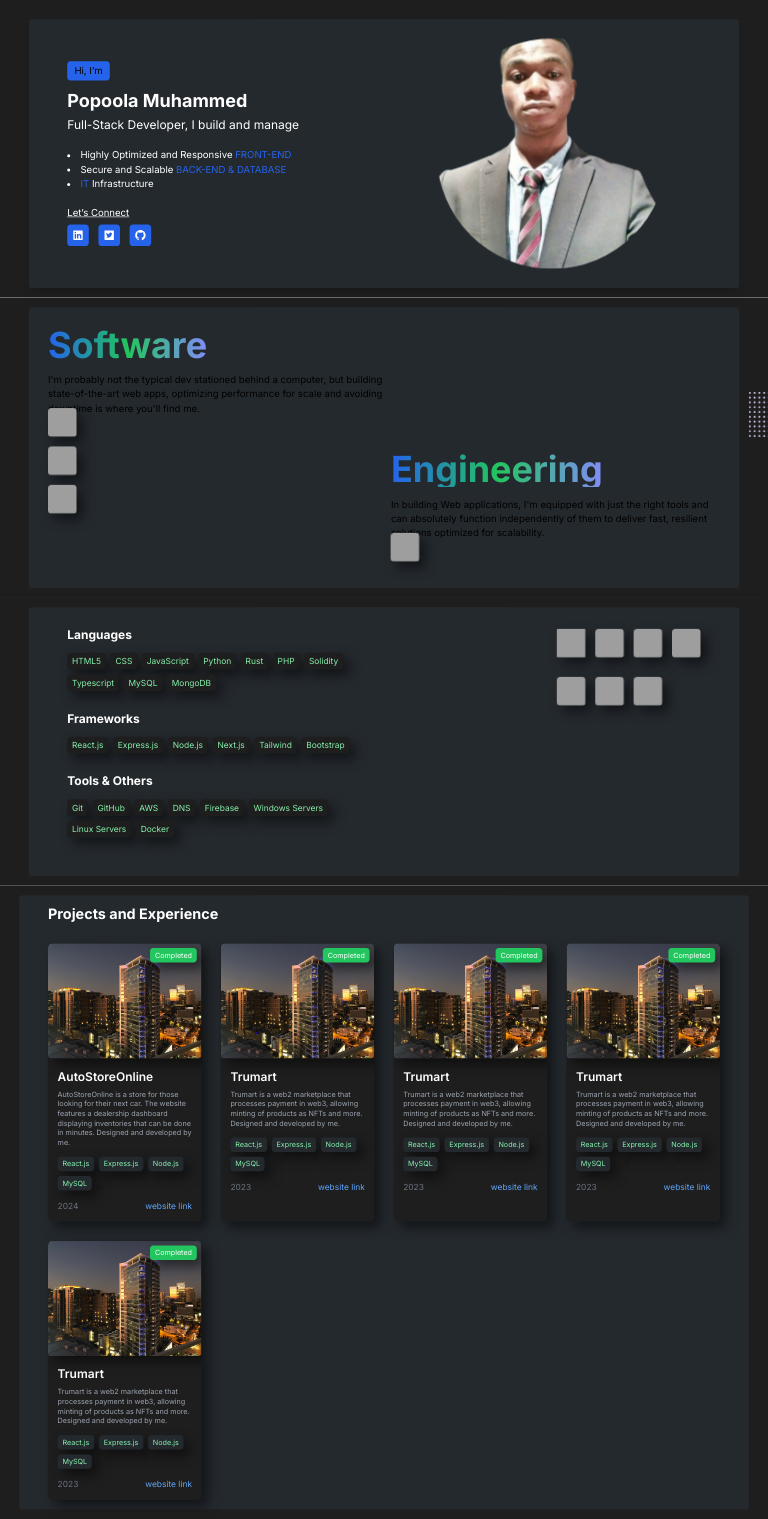
Repository: muhammedctgr/hammedctgr
Page: /
An editor plug-in stored every save of this project. The page is shown before and after the next save, followed by the edit.
The browser window is 1280 px wide. The pictures show the whole page, at 60% of full size.
Pictures or frames that could not be fetched are drawn as grey boxes. The project was rebuilt for these pictures with package versions that can differ from the ones it lists, and the page was loaded fresh each time. The framework's server and built-in components were replaced by stand-ins that run in the browser. Also part of the build but not shown: next.config.mjs.

Above is the page before, as saved 2024-08-08 16:27:06.

After the next save:
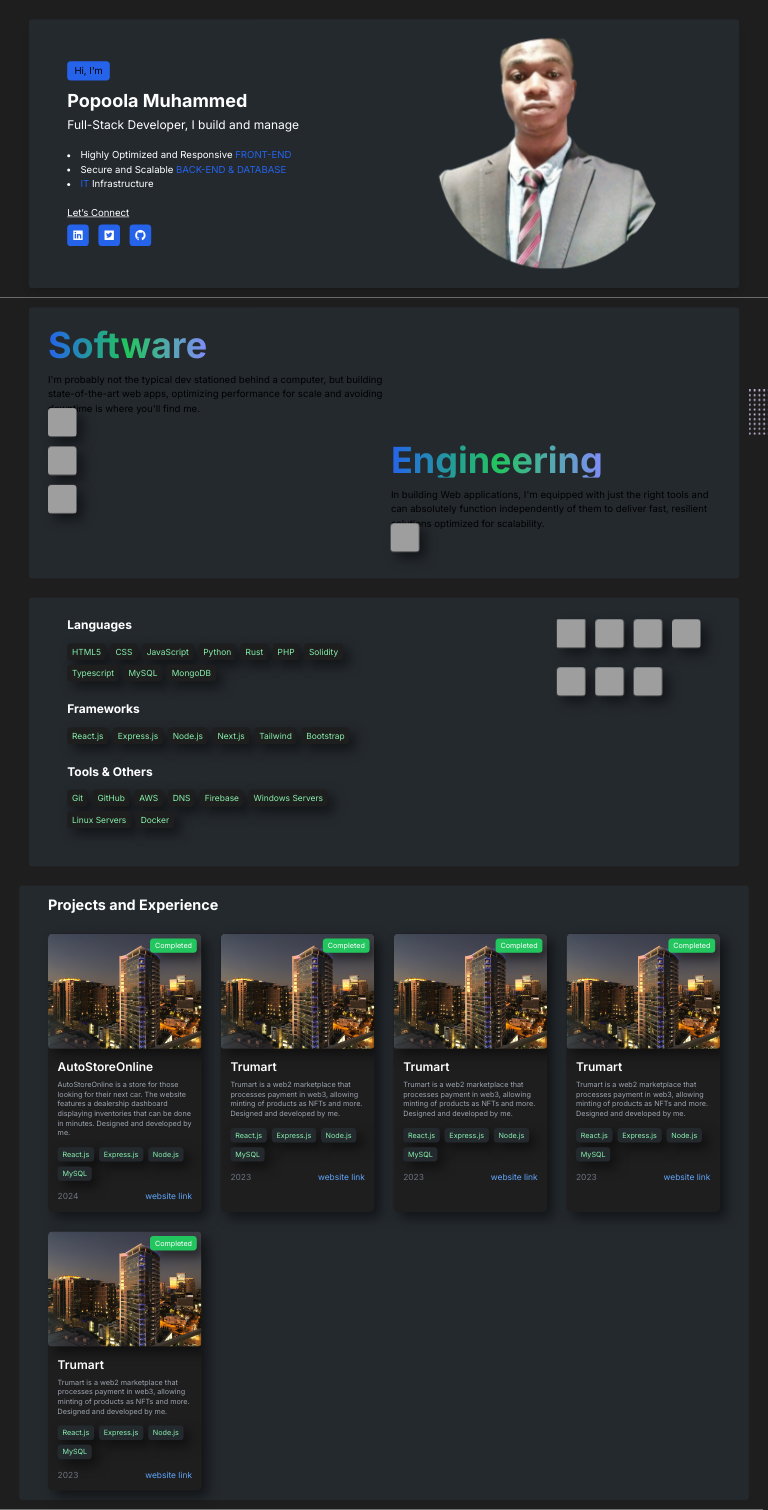
Saved 31 s later.
--- a/components/SummarySection.tsx
+++ b/components/SummarySection.tsx
@@ -15,7 +15,7 @@ const SummarySection: FC = () => {
       <img src="https://cdn.jsdelivr.net/gh/devicons/devicon@latest/icons/nextjs/nextjs-original.svg" className="w-8 h-8 md:w-12 md:h-12 lg:w-12 lg:h-12 bg-gptGray rounded-md animate-bounce shadow-deep-all mt-4" />
       <img src="https://cdn.jsdelivr.net/gh/devicons/devicon@latest/icons/javascript/javascript-original.svg" className="w-8 h-8 md:w-12 md:h-12 lg:w-12 lg:h-12 bg-gptGray rounded-md animate-bounce shadow-deep-all mt-4" />
     </div>
-    <div className=" md:mt-52">
+    <div className=" md:mt-48">
       <div className="mb-4">
         <span className="text-4xl md:text-6xl font-bold bg-gradient-to-r from-blue-600 via-green-500 to-indigo-400 inline-block text-transparent bg-clip-text">Engineering</span>
       </div>
